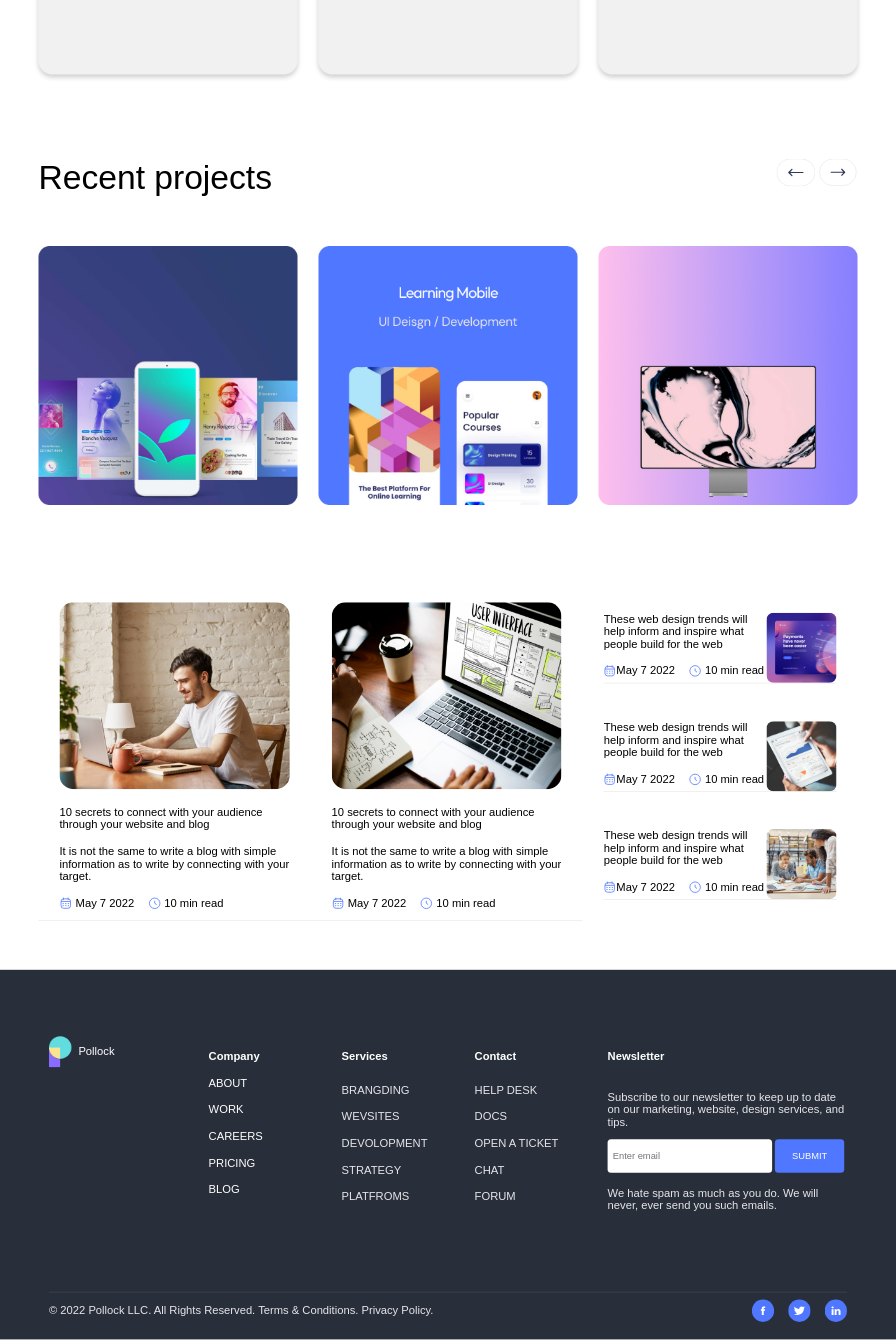
Repository: Nam936/exercises
Page: demo.html
The author's editor kept a copy of each file at every save. The page is drawn from the files as they stood at one save, then again after the next save.
The browser window is 1280 px wide. The pictures show the part of the page from y = 1878 to 3798 px (the page is 3792 px tall before and 3798 px after), at 70% of full size.

Above is the page before, as saved 2023-01-13 14:31:46.

After the next save:
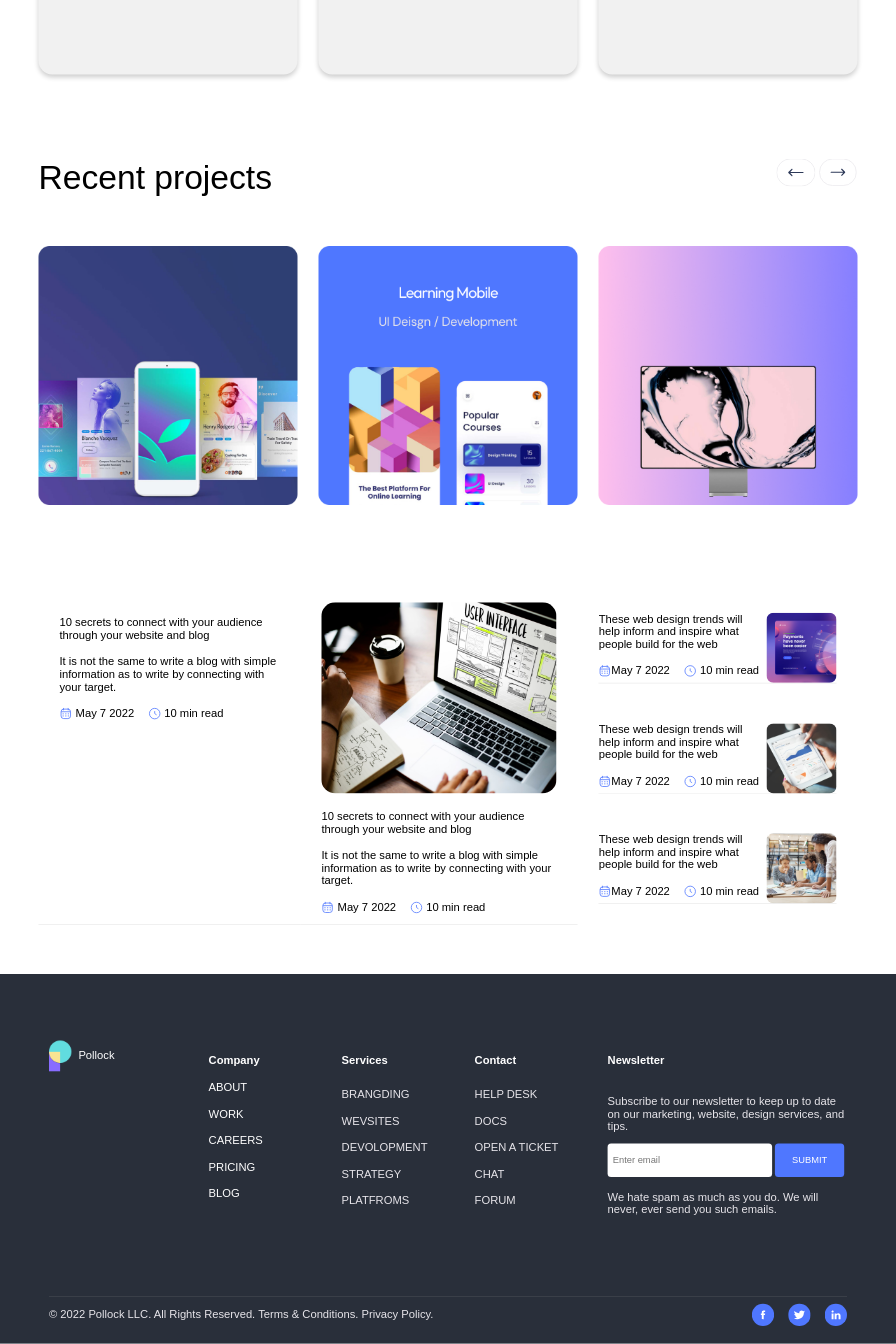
Saved 4 s later.
--- a/demo.html
+++ b/demo.html
@@ -273,7 +273,7 @@
             <div class="card-cuw">
 
             </div>
-            <img src="/img/Rectangle 66.png" />
+
           </div>
           <div class="card-content-cus">
             <p class="card-title-cus">

After the 2 saves that followed:
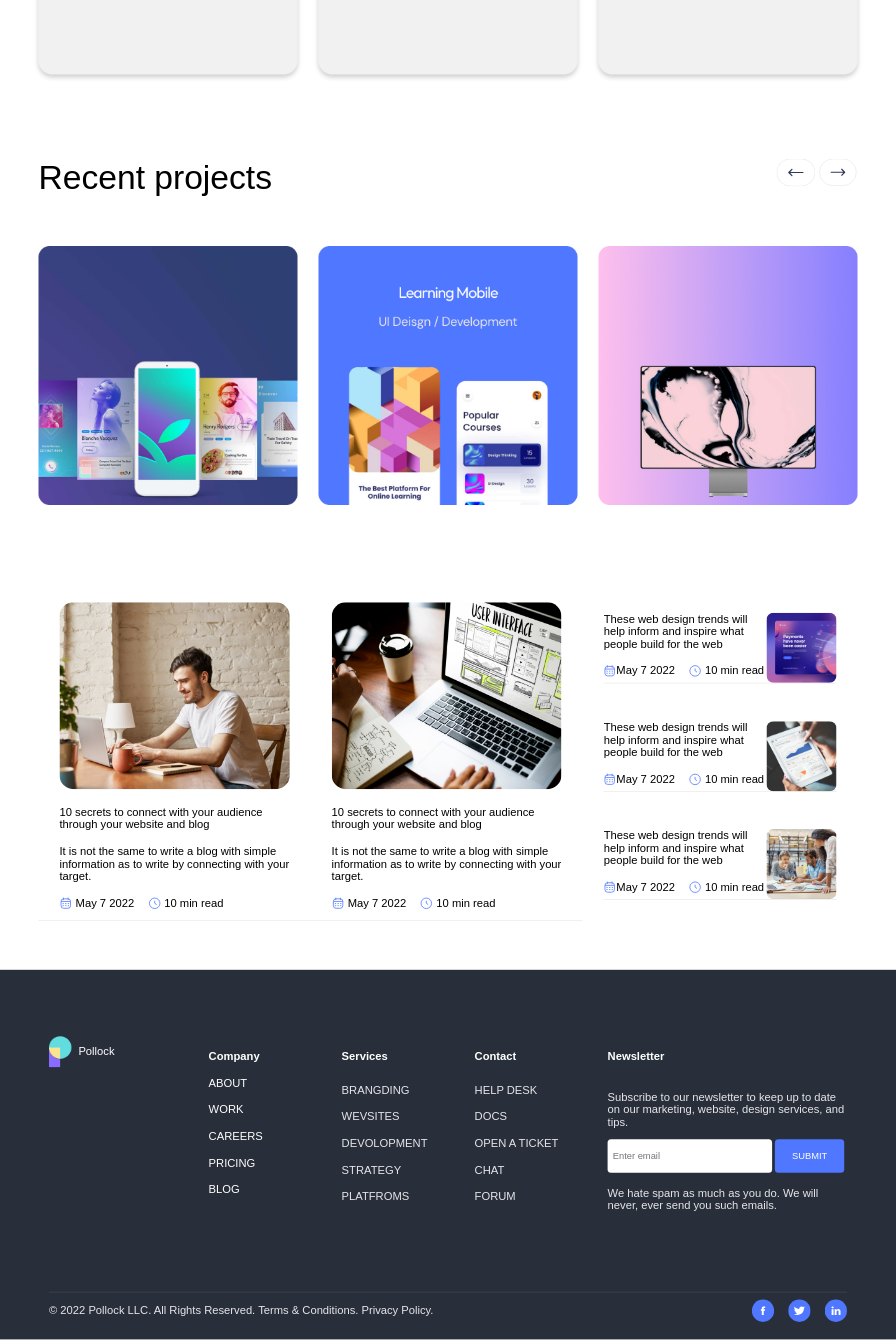
The 2 saves are shown as one change because they came seconds apart.
The last was saved 7 s later.
--- a/demo.html
+++ b/demo.html
@@ -271,9 +271,8 @@
         <div class="card-cus">
           <div class="card-image-container-cus">
             <div class="card-cuw">
-
-            </div>
-
+              <img src="/img/Rectangle 66.png" />
+            </div>
           </div>
           <div class="card-content-cus">
             <p class="card-title-cus">
